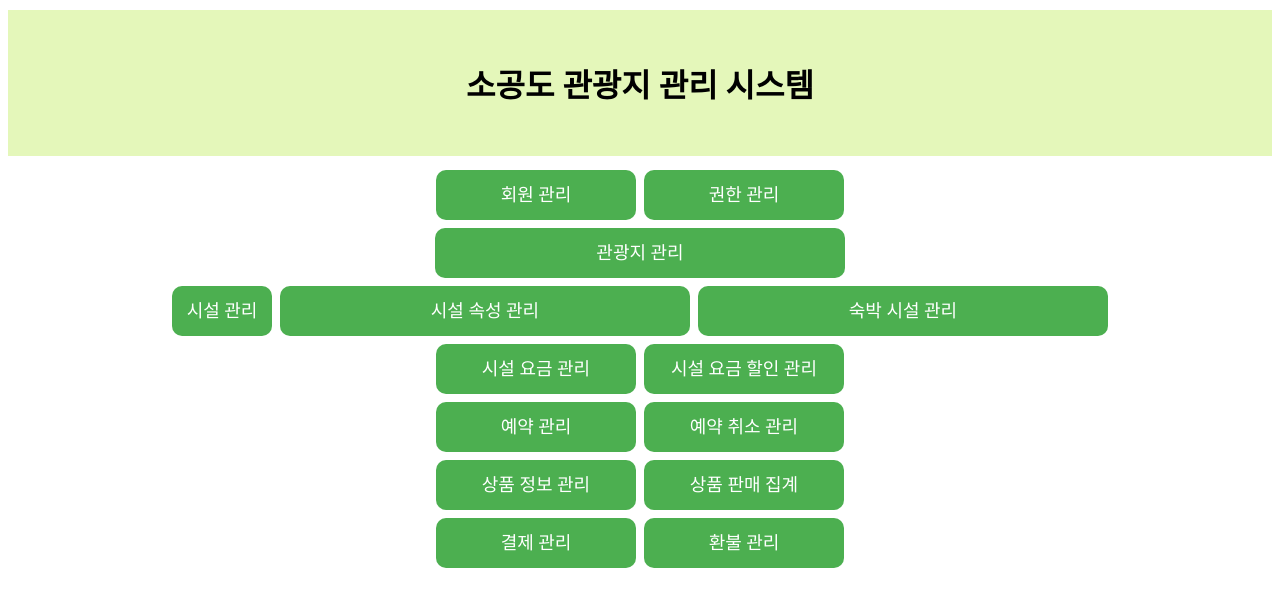
Repository: psyoongsc/SogongDo_Facility
Page: http://localhost/SogongDo_Management_System/
These files come from the project's save history. The page is drawn as it stood at one moment and after the next save; the edit follows.
The browser window is 1280 px wide. The pictures show the whole page.
The page is served by Tomcat 9. Nobody is signed in. The application's start-up code is not run.

Above is the page before, as saved 2020-06-25 18:48:35.

After the next save:
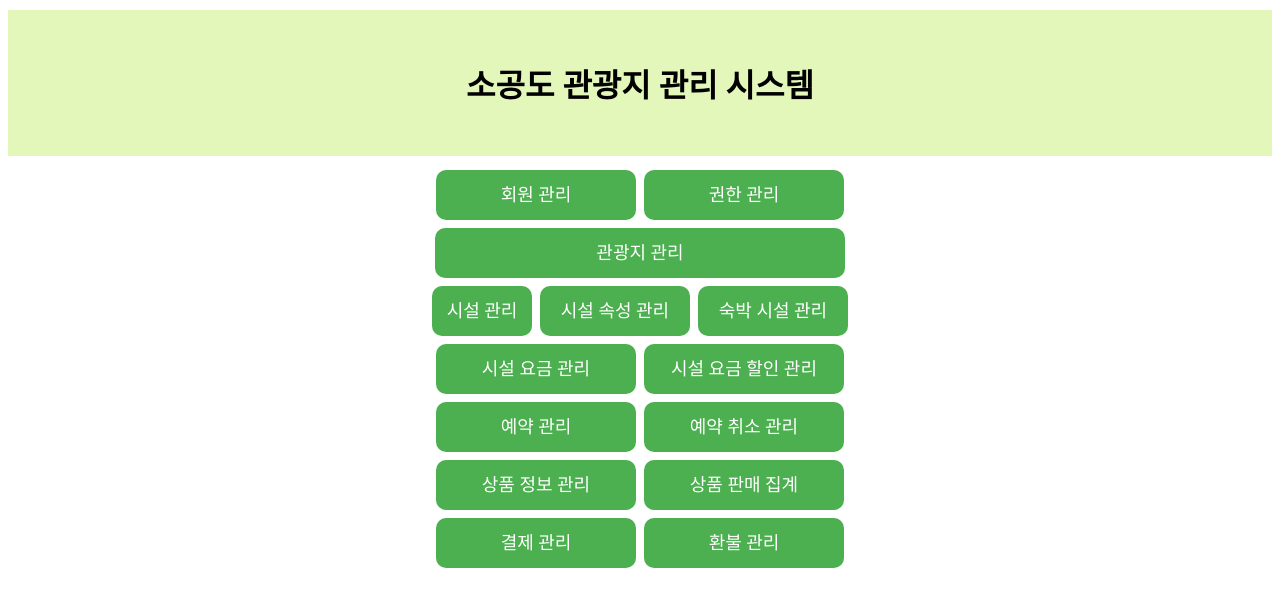
Saved 29 s later.
--- a/SogongDo_Management_System/WebContent/index.jsp
+++ b/SogongDo_Management_System/WebContent/index.jsp
@@ -48,8 +48,8 @@ a:hover {
 		<a style="width: 410px;" href="TouristSite/view">관광지 관리</a>
 		<br>
 		<a style="width: 100px;" href="Facility/view">시설 관리</a>
-		<a style="width: 410px;" href="Facility/Attribute/view">시설 속성 관리</a>
-		<a style="width: 410px;" href="Facility/Lodge/view">숙박 시설 관리</a>
+		<a style="width: 150px;" href="Facility/Attribute/view">시설 속성 관리</a>
+		<a style="width: 150px;" href="Facility/Lodge/view">숙박 시설 관리</a>
 		<br>
 		<a href="Facility/Charge/view">시설 요금 관리</a>
 		<a href="Facility/Charge/discount/view">시설 요금 할인 관리</a>
